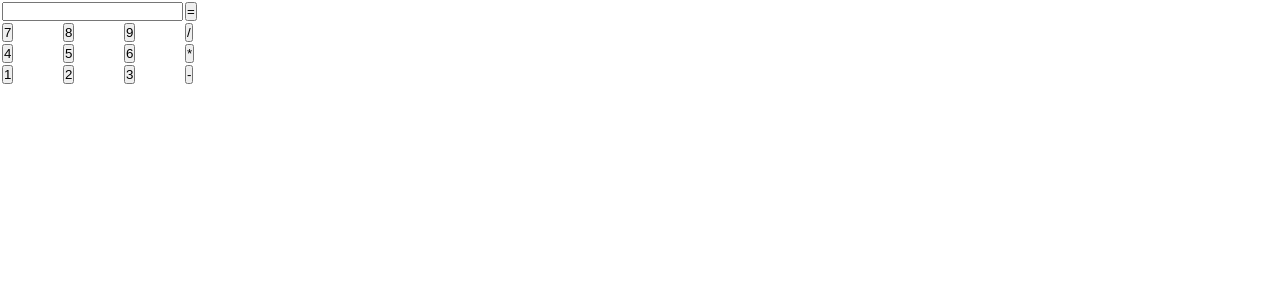
Repository: Seryozha02/CalculatorAndStopwatch
Page: calculator.html
An editor plug-in stored every save of this project. The page is shown before and after a run of saves, followed by the edit.
The browser window is 1280 px wide. The pictures show the whole page.

Above is the page before, as saved 2022-10-03 17:41:02.

After the next 3 saves:
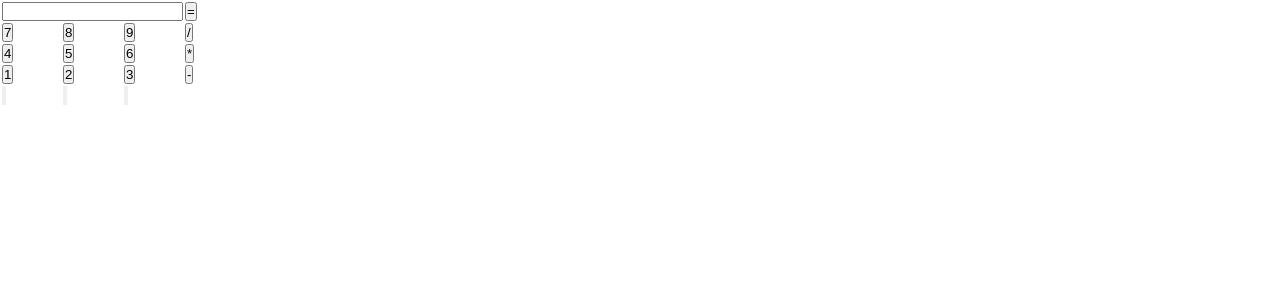
The 3 saves are shown as one change because they came seconds apart.
The last was saved 15 s later.
--- a/calculator.html
+++ b/calculator.html
@@ -31,6 +31,11 @@
       <td><input type="button" value="3" onclick="display(('3'))"></td>
       <td><input type="button" value="-" onclick="display(('-'))"></td>
     </tr>
+    <tr>
+      <td><input type="button" value=""></td>
+      <td><input type="button" value=""></td>
+      <td><input type="button" value=""></td>
+    </tr>
   </table>
 </body>
   <script src="calculator.js"></script>
